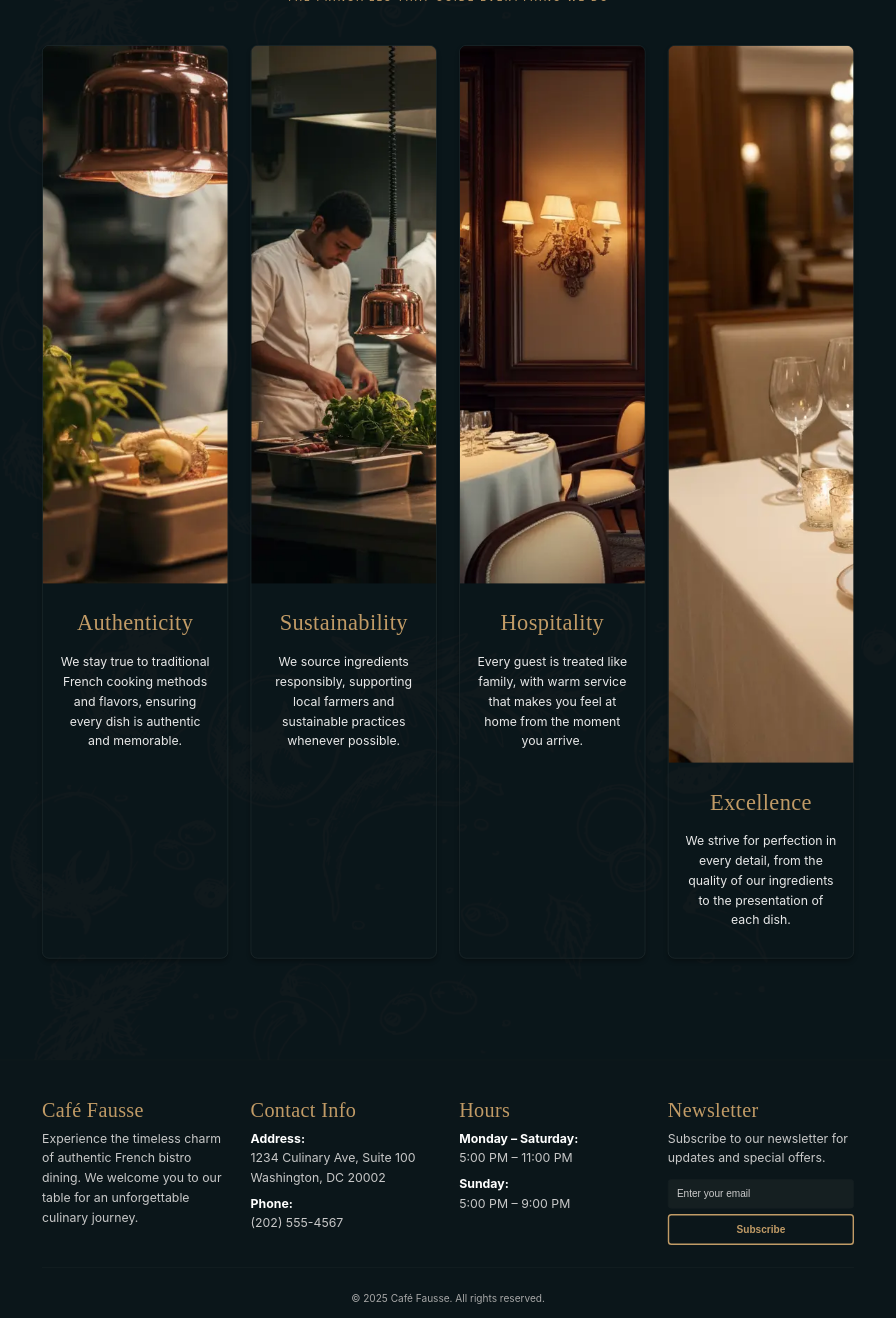
Repository: MatVanDenArt/MSSE-Cafe-Fausse
Page: /about (app in frontend/)
The author's editor kept a copy of each file at every save. The page is drawn from the files as they stood at one save, then again after the next save.
The browser window is 1280 px wide. The pictures show the part of the page from y = 3558 to 5478 px (the page is 5441 px tall before and 5478 px after), at 70% of full size.
Backgrounds fixed to the window are drawn as part of the page. The project was rebuilt for these pictures with package versions that can differ from the ones it lists, and the page was loaded fresh each time. Also part of the build but not shown: frontend/src/pages/Home.css, frontend/src/pages/Home.js, frontend/src/pages/Menu.css, frontend/src/pages/Menu.js, frontend/src/pages/Reservations.css, frontend/src/pages/Reservations.js, frontend/src/pages/Gallery.css, frontend/src/pages/Gallery.js.

Above is the page before, as saved 2025-11-04 21:08:19.

After the next save:
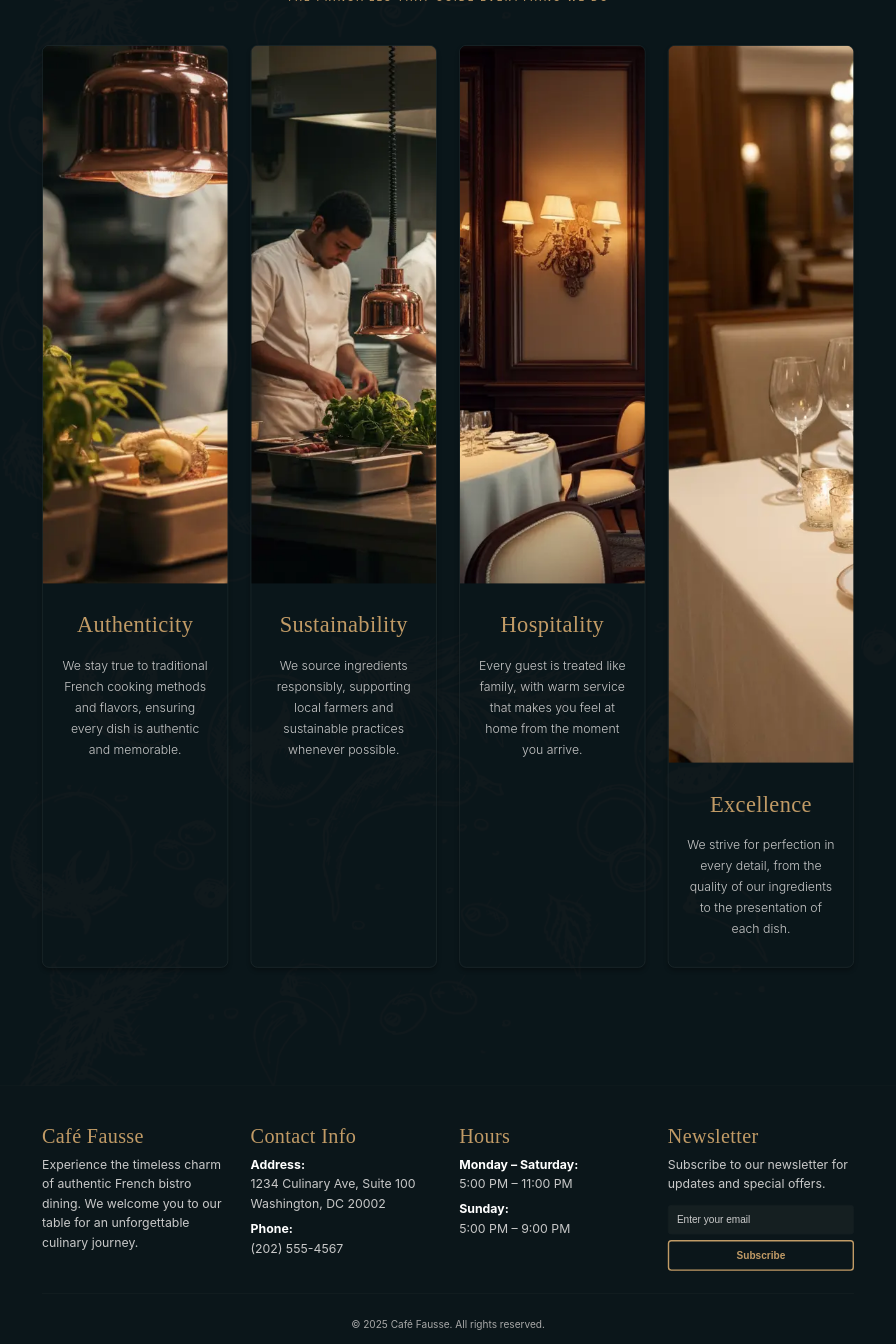
Saved 109 s later.
--- a/frontend/src/pages/About.css
+++ b/frontend/src/pages/About.css
@@ -88,6 +88,13 @@
 }
 
 .about-text p {
+  font-size: 1rem;
+  line-height: 1.7;
+  margin-bottom: 1.5rem;
+  color: #c8c8c8;
+  font-weight: 300;
+}
+.card {
   font-size: 1rem;
   line-height: 1.7;
   margin-bottom: 1.5rem;
